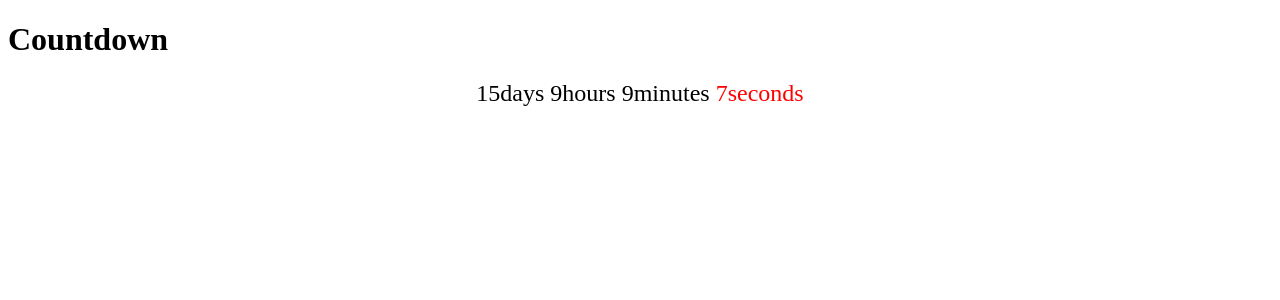
Repository: sinarinzifabrice/Events
Page: index.html
An editor plug-in stored every save of this project. The page is shown before and after a run of saves, followed by the edit.
The browser window is 1280 px wide. The pictures show the whole page.

Above is the page before, as saved 2024-05-16 09:38:21.

After the next 2 saves:
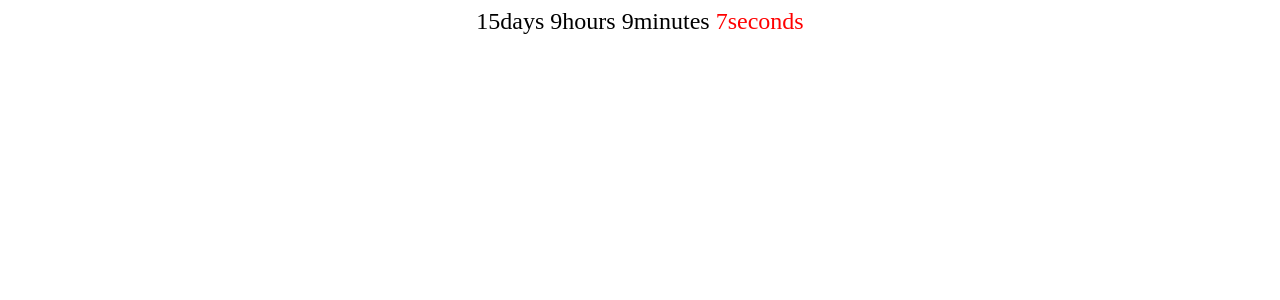
The 2 saves are shown as one change because they came seconds apart.
The last was saved 12 s later.
--- a/index.html
+++ b/index.html
@@ -15,8 +15,10 @@
   </style>
 </head>
 <body>
-<div class="countdown"><h1>Countdown</h1></div>
-<div id="countdown"></div>
+<div class="countdown"></div>
+<div id="countdown">
+   <h1>Countdown</h1>
+</div>
 
 <script>
   // Set the date we're counting down to
